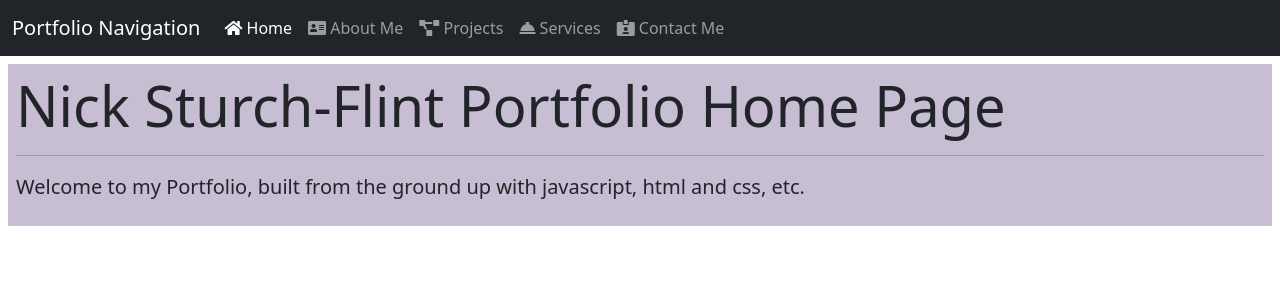
Repository: GarlicButterBoy/Portfolio
Page: index.html
An editor plug-in stored every save of this project. The page is shown before and after the next save, followed by the edit.
The browser window is 1280 px wide. The page is 1284 px wide, so the pictures cover 1284 px, including what lies to the right of the window. The pictures show the whole page.

Above is the page before, as saved 2021-05-31 11:57:30.

### index.html
<!DOCTYPE html>
<html lang="en">
<head>
    <meta charset="UTF-8">
    <meta http-equiv="X-UA-Compatible" content="IE=edge">
    <meta name="viewport" content="width=device-width, initial-scale=1.0">
    <title>Nick Sturch-Flint Portfolio</title>
    <link rel="stylesheet" href="./node_modules/bootstrap/dist/css/bootstrap.min.css">
    <link rel="stylesheet" href="./node_modules/@fortawesome/fontawesome-free/css/all.min.css">
    <link rel="stylesheet" href="./Content/app.css">
</head>
<body>
  <!-- Main Navigation -->
    <nav class="navbar navbar-expand-lg navbar-dark bg-dark">
        <div class="container-fluid">
          <a class="navbar-brand" href="#">Portfolio Navigation</a>
          <button class="navbar-toggler" type="button" data-bs-toggle="collapse" data-bs-target="#navbarNavAltMarkup" aria-controls="navbarNavAltMarkup" aria-expanded="false" aria-label="Toggle navigation">
            <span class="navbar-toggler-icon"></span>
          </button>
          <div class="collapse navbar-collapse" id="navbarNavAltMarkup">
            <div class="navbar-nav mr-auto">
              <a class="nav-link active" aria-current="page" href="#"><i class="fas fa-home"></i> Home</a>
              <a class="nav-link" href="#"><i class="fas fa-address-card"></i> About Me</a>
              <a class="nav-link" href="#"><i class="fas fa-project-diagram"></i> Projects</a>
              <a class="nav-link" href="#"><i class="fas fa-concierge-bell"></i> Services</a>
              <a class="nav-link" href="#"><i class="fas fa-id-card-alt"></i> Contact Me</a>
            </div>
          </div>
        </div>
      </nav>
      <!-- End of Main Navigation -->

      <div class="containrer p-2">
        <div class="row">
          <div class="col">
            <main class="jumbotron p-2">
              <h1 class="display-4" id="heading1">Hello, world!</h1><hr/>
              <p class="lead">Welcome to my Portfolio, built from the ground up with javascript, html and css, etc.</p>
            </main>
          </div>
        </div>
      </div>


      <!-- Third Party Libraries -->
      <script src="./node_modules/jquery/dist/jquery.min.js"></script>
      <script src="./node_modules/bootstrap/dist/js/bootstrap.min.js"></script>
    <script src="./Scripts/app.js"></script>
</body>
</html>

### Content/app.css
.jumbotron {
    background-color: #c7bed3;
  }

### Scripts/app.js
//IIFE - Immediately Invoked Function Expression
// OR - Anonymous Self Executing Function
(function()
{



    function Start()
    {
        console.log("App Started");

        let firstHeading = document.getElementById("heading1");
        firstHeading.textContent = "Nick Sturch-Flint Portfolio Home Page";
        //document.getElementById("heading1").textContent = "Nick Sturch-Flint Portfolio Home Page";

        firstHeading.style
    }

    window.addEventListener("load", Start);
})();

Loaded but not shown: node_modules/bootstrap/dist/css/bootstrap.min.css (library); node_modules/@fortawesome/fontawesome-free/css/all.min.css (library); node_modules/jquery/dist/jquery.min.js (library); node_modules/bootstrap/dist/js/bootstrap.min.js (library)

After the next save:
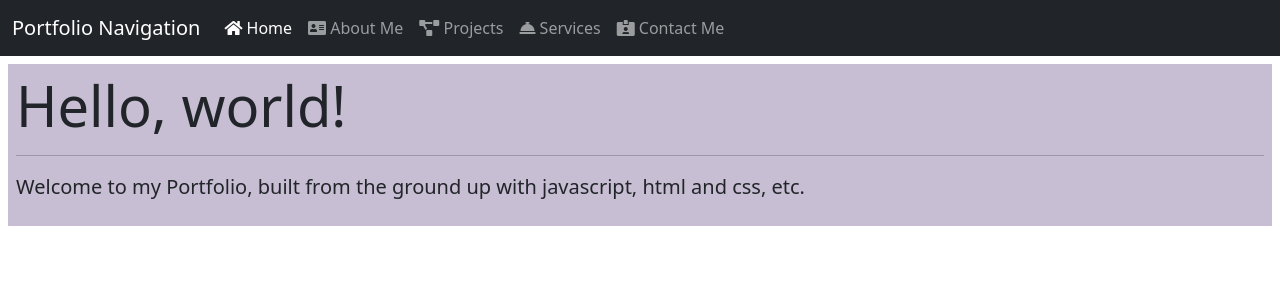
Console error: SyntaxError: Unexpected token '}'
Saved 16 s later.
--- a/Scripts/app.js
+++ b/Scripts/app.js
@@ -13,7 +13,7 @@
         firstHeading.textContent = "Nick Sturch-Flint Portfolio Home Page";
         //document.getElementById("heading1").textContent = "Nick Sturch-Flint Portfolio Home Page";
 
-        firstHeading.style
+        firstHeading.
     }
 
     window.addEventListener("load", Start);

After the 2 saves that followed:
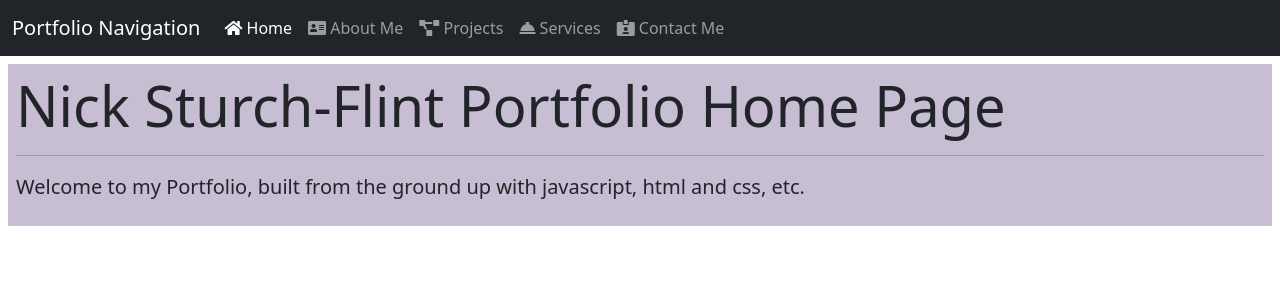
The error is gone.
The 2 saves are shown as one change because they came seconds apart.
The last was saved 110 s later.
--- a/Scripts/app.js
+++ b/Scripts/app.js
@@ -13,7 +13,7 @@
         firstHeading.textContent = "Nick Sturch-Flint Portfolio Home Page";
         //document.getElementById("heading1").textContent = "Nick Sturch-Flint Portfolio Home Page";
 
-        firstHeading.
+        firstHeading.append()
     }
 
     window.addEventListener("load", Start);
